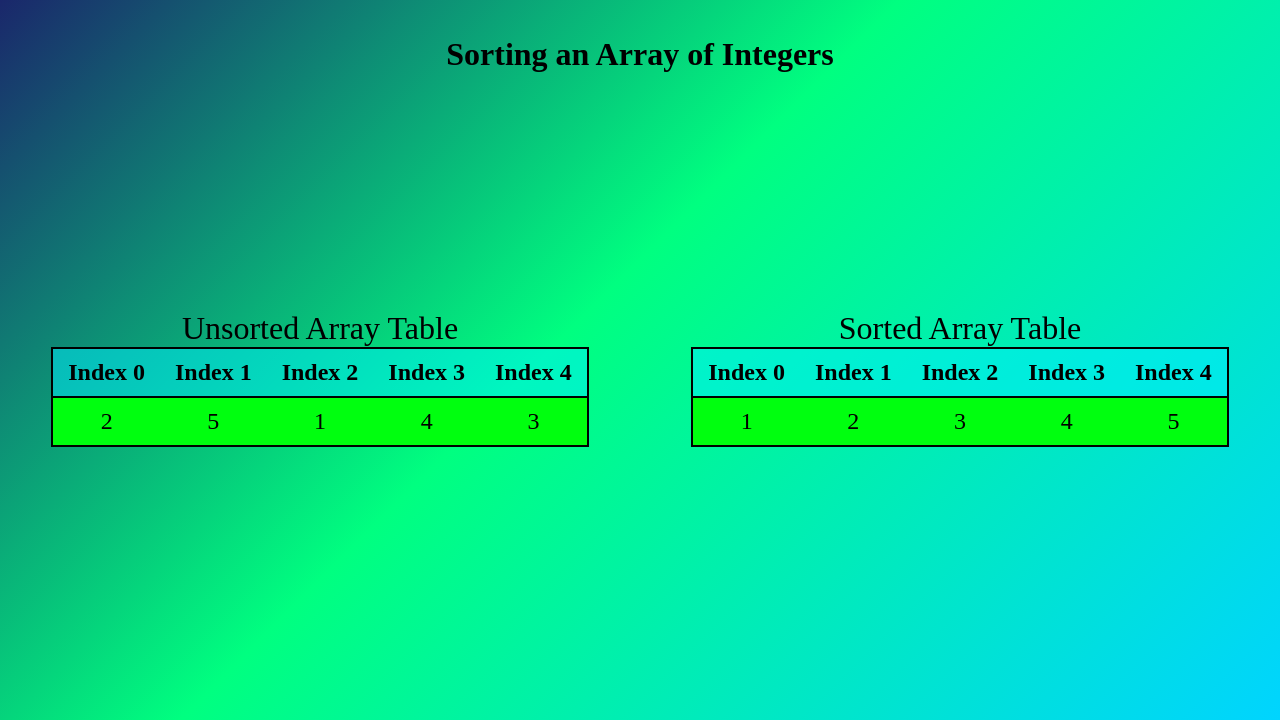
Repository: mlmEFSC21/P16-Sorting-Integers
Page: sort.html
These files come from the project's save history. The page is drawn as it stood at one moment and after the next save; the edit follows.
The browser window is 1280 px wide. The pictures show the whole page.

Above is the page before, as saved 2022-03-24 19:04:45.

### sort.html
<!DOCTYPE html>
<html lang="en">
    <head>
        <meta charset="UTF-8" />
        <meta http-equiv="X-UA-Compatible" content="IE=edge" />
        <meta name="viewport" content="width=device-width, initial-scale=1.0" />
        <link rel="stylesheet" href="sort.css" />
        <!-- <script defer src="sort.js"></script> -->
        <title>Array Sorting</title>
    </head>
    <body>
        <header class="mainHeader">
            <h1>Sorting an Array of Integers</h1>
        </header>
        <section>
            <div class="arrayContainer" id="arrayContainer">
                <!-- <h2 class="unsorted" id="unsorted">Array 1</h2>
                <h2 class="sorted" id="sorted">Array 2</h2> -->
                <table class="unsortedTable" id="unsortedTable">
                    <caption>
                        Unsorted Array Table
                    </caption>
                    <thead>
                        <tr class="theadRow">
                            <th>Index 0</th>
                            <th>Index 1</th>
                            <th>Index 2</th>
                            <th>Index 3</th>
                            <th>Index 4</th>
                        </tr>
                    </thead>
                    <tbody>
                        <tr>
                            <td>2</td>
                            <td>5</td>
                            <td>1</td>
                            <td>4</td>
                            <td>3</td>
                        </tr>
                    </tbody>
                </table>
                <table class="sortedTable" id="sortedTable">
                    <caption>
                        Sorted Array Table
                    </caption>
                    <thead>
                        <th>Index 0</th>
                        <th>Index 1</th>
                        <th>Index 2</th>
                        <th>Index 3</th>
                        <th>Index 4</th>
                    </thead>
                    <tbody>
                        <tr>
                            <td>1</td>
                            <td>2</td>
                            <td>3</td>
                            <td>4</td>
                            <td>5</td>
                        </tr>
                    </tbody>
                </table>
            </div>
        </section>
    </body>
</html>

### sort.css
:root {
    --clr-background: #00ff8f;
    --clr-primary: rgba(0, 240, 255, 1);
    --clr-primary-light: rgba(0, 240, 255, 0.5);
    --clr-secondary: #00ff0f;
}
*,
*::after,
*::before {
    box-sizing: border-box;
    margin: 0;
    padding: 0;
}
body {
    font-size: 0.875;
    background-color: var(--clr-background);
    background-repeat: no-repeat;
    background-size: cover;
    background: linear-gradient(
        135deg,
        rgba(26, 39, 107, 1) 0%,
        rgba(0, 255, 128, 1) 45%,
        rgba(0, 212, 255, 1) 100%
    );
    height: 100vh;
}
.mainHeader {
    height: 15vh;
    display: flex;
    align-items: center;
    justify-content: center;
}
.arrayContainer {
    height: min(75vh, 640px);
    display: flex;
    align-items: center;
    justify-content: space-around;
}
table {
    border-collapse: collapse;
    font-size: 1.5rem;
    border: 2px solid black;
}
caption {
    font-size: 2rem;
}
thead {
    border-bottom: 2px solid black;
}
th {
    background-color: var(--clr-primary-light);
}
td {
    background-color: var(--clr-secondary);
    text-align: center;
}
th,
td {
    margin: 10px 15px;
    padding: 10px 15px;
}

After the next save:
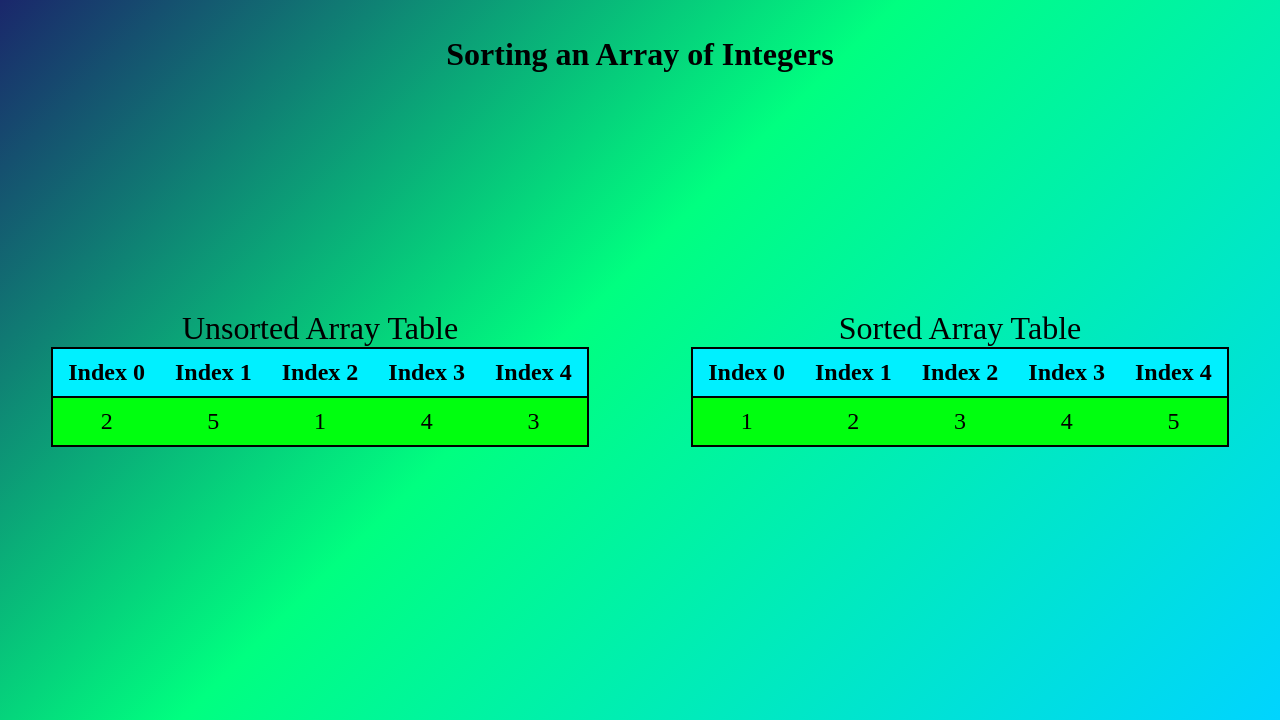
Saved 15 s later.
--- a/sort.css
+++ b/sort.css
@@ -1,7 +1,7 @@
 :root {
     --clr-background: #00ff8f;
     --clr-primary: rgba(0, 240, 255, 1);
-    --clr-primary-light: rgba(0, 240, 255, 0.5);
+    --clr-primary-light: rgba(0, 240, 255, 1.5);
     --clr-secondary: #00ff0f;
 }
 *,
